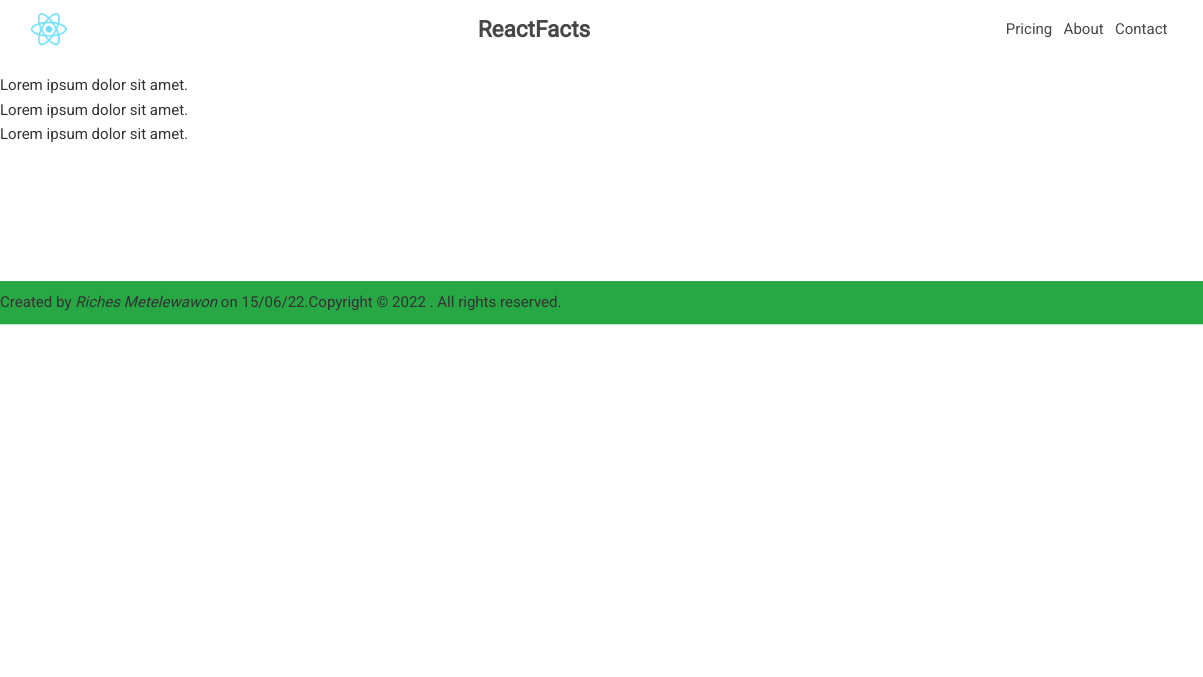
Repository: Richswag009/my-travel-journal
Page: /
These files come from the project's save history. The page is drawn as it stood at one moment and after the next save; the edit follows.
The browser window is 1280 px wide. The pictures show the whole page, at 94% of full size.
The project was rebuilt for these pictures with package versions that can differ from the ones it lists, and the page was loaded fresh each time.

Above is the page before, as saved 2022-06-15 12:55:47.

### public/index.html
<!DOCTYPE html>
<html lang="en">
  <head>
    <meta charset="utf-8" />
    <link rel="icon" href="%PUBLIC_URL%/favicon.ico" />
    <meta name="viewport" content="width=device-width, initial-scale=1" />
    <meta name="theme-color" content="#000000" />
    <meta name="description"content="Web site created using create-react-app"/>
    <link rel="apple-touch-icon" href="%PUBLIC_URL%/logo192.png" />
    <link rel="manifest" href="%PUBLIC_URL%/manifest.json" />
    <title>React Fact</title>
  </head>
  <body>
    <noscript>You need to enable JavaScript to run this app.</noscript>
    <div id="root"></div>

  </body>
</html>

### src/App.js

import React,{Component} from 'react';
import './App.css';
import Maincontent from './component/maincontent/Maincontent';
import Navbar from './component/layout/Navbar';
import Footer from './component/layout/Footer';
// import Users from './component/users/Users';
class App extends Component{
  render(){

    return (
      <div className="App">
       <Navbar/>
       <Maincontent/>
       <Footer/>
        </div>
    );
  }
}

export default App;

### src/App.css
@import url('https://fonts.googleapis.com/css?family=Roboto');

/* Global Styles */
:root {
  --primary-color: #dc3545;
  --dark-color: #333333;
  --light-color: #f4f4f4;
  --danger-color: #dc3545;
  --success-color: #28a745;
}

* {
  box-sizing: border-box;
  margin: 0;
  padding: 0;
}

body {
  font-family: 'Roboto', sans-serif;
  font-size: 1rem;
  line-height: 1.6;
  background-color: #fff;
  color: #333;
}

a {
  color: var(--primary-color);
  text-decoration: none;
}

a:hover {
  color: #666;
}

ul {
  list-style: none;
}

img {
  width: 100%;
}

/* Utilities */
.container {
  max-width: 1100px;
  margin: auto;
  overflow: hidden;
  padding: 0 2rem;
}

/* Text Styles*/
.x-large {
  font-size: 4rem;
  line-height: 1.2;
  margin-bottom: 1rem;
}

.large {
  font-size: 3rem;
  line-height: 1.2;
  margin-bottom: 1rem;
}

.lead {
  font-size: 1.5rem;
  margin-bottom: 1rem;
}

.text-center {
  text-align: center;
}

.text-primary {
  color: var(--primary-color);
}

.text-dark {
  color: var(--dark-color);
}

.text-success {
  color: var(--success-color);
}

.text-danger {
  color: var(--danger-color);
}

.text-center {
  text-align: center;
}

.text-right {
  text-align: right;
}

.text-left {
  text-align: left;
}

/* Center All */
.all-center {
  display: flex;
  flex-direction: column;
  width: 100%;
  margin: auto;
  justify-content: center;
  align-items: center;
  text-align: center;
}

/* Cards */
.card {
  padding: 1rem;
  border: #ccc 1px dotted;
  margin: 0.7rem 0;
}

/* List */
.list {
  margin: 0.5rem 0;
}

.list li {
  padding-bottom: 0.3rem;
}

/* Padding */
.p {
  padding: 0.5rem;
}
.p-1 {
  padding: 1rem;
}
.p-2 {
  padding: 2rem;
}
.p-3 {
  padding: 3rem;
}
.py {
  padding: 0.5rem 0;
}
.py-1 {
  padding: 1rem 0;
}
.py-2 {
  padding: 2rem 0;
}
.py-3 {
  padding: 3rem 0;
}

/* Margin */
.m {
  margin: 0.5rem;
}
.m-1 {
  margin: 1rem;
}
.m-2 {
  margin: 2rem;
}
.m-3 {
  margin: 3rem;
}
.my {
  margin: 0.5rem 0;
}
.my-1 {
  margin: 1rem 0;
}
.my-2 {
  margin: 2rem 0;
}
.my-3 {
  margin: 3rem 0;
}


.footer{
  background-color: #28a745;
  margin: 20vh auto;
  padding: 10px 0;
}
/* Grid */
.grid-2 {
  display: grid;
  grid-template-columns: repeat(2, 1fr);
  grid-gap: 1rem;
}

.grid-3 {
  display: grid;
  grid-template-columns: repeat(3, 1fr);
  grid-gap: 1rem;
}

.grid-4 {
  display: grid;
  grid-template-columns: repeat(4, 1fr);
  grid-gap: 1rem;
}

.btn {
  display: inline-block;
  background: var(--light-color);
  color: #333;
  padding: 0.4rem 1.3rem;
  font-size: 1rem;
  border: none;
  cursor: pointer;
  margin-right: 0.5rem;
  transition: opacity 0.2s ease-in;
  outline: none;
}

.btn-link {
  background: none;
  padding: 0;
  margin: 0;
}

.btn-block {
  display: block;
  width: 100%;
}

.btn-sm {
  font-size: 0.8rem;
  padding: 0.3rem 1rem;
  margin-right: 0.2rem;
}

.badge {
  display: inline-block;
  font-size: 0.8rem;
  padding: 0.2rem 0.7rem;
  text-align: center;
  margin: 0.3rem;
  background: var(--light-color);
  color: #333;
  border-radius: 5px;
}

.alert {
  padding: 0.7rem;
  margin: 1rem 0;
  opacity: 0.9;
  background: var(--light-color);
  color: #333;
}

.btn-primary,
.bg-primary,
.badge-primary,
.alert-primary {
  background: var(--primary-color);
  color: #fff;
}

.btn-light,
.bg-light,
.badge-light,
.alert-light {
  background: var(--light-color);
  color: #333;
}

.btn-dark,
.bg-dark,
.badge-dark,
.alert-dark {
  background: var(--dark-color);
  color: #fff;
}

.btn-danger,
.bg-danger,
.badge-danger,
.alert-danger {
  background: var(--danger-color);
  color: #fff;
}

.btn-success,
.bg-success,
.badge-success,
.alert-success {
  background: var(--success-color);
  color: #fff;
}

.btn-white,
.bg-white,
.badge-white,
.alert-white {
  background: #fff;
  color: #333;
  border: #ccc solid 1px;
}

.btn:hover {
  opacity: 0.8;
}

.bg-light,
.badge-light {
  border: #ccc solid 1px;
}

.round-img {
  border-radius: 50%;
}

/* Forms */
input {
  margin: 1.2rem 0;
}

.form-text {
  display: block;
  margin-top: 0.3rem;
  color: #888;
}

input[type='text'],
input[type='email'],
input[type='password'],
input[type='date'],
select,
textarea {
  display: block;
  width: 100%;
  padding: 0.4rem;
  font-size: 1.2rem;
  border: 1px solid #ccc;
}

input[type='submit'],
button {
  font: inherit;
}

table th,
table td {
  padding: 1rem;
  text-align: left;
}

table th {
  background: var(--light-color);
}

/* Navbar */
.navbar {
  display: flex;
  justify-content: space-between;
  align-items: center;
  padding: 0.7rem 2rem;
  z-index: 1;
  width: 100%;
  opacity: 0.9;
  margin-bottom: 1rem;
}

.navbar ul {
  display: flex;
}
.navbar ul li{
  padding:0 6px ;
}

.navbar a {
  color: #fff;
  padding: 0.45rem;
  margin: 0 0.25rem;
}

.navbar a:hover {
  color: var(--light-color);
}

.navbar .welcome span {
  margin-right: 0.6rem;
}

/* Mobile Styles */
@media (max-width: 700px) {
  .hide-sm {
    display: none;
  }

  .grid-2,
  .grid-3,
  .grid-4 {
    grid-template-columns: 1fr;
  }

  /* Text Styles */
  .x-large {
    font-size: 3rem;
  }

  .large {
    font-size: 2rem;
  }

  .lead {
    font-size: 1rem;
  }

  /* Navbar */
  .navbar {
    display: block;
    text-align: center;
  }

  .navbar ul {
    text-align: center;
    justify-content: center;
  }
}

### src/component/maincontent/Maincontent.js
// import React, { Component } from 'react'
// import { render } from "@testing-library/react";
import React from "react";
// export default class Maincontent extends Component {



//     render() {
//         return (
//             <div className=' grid card ' style={{width:'70%',margin:'50px auto'}}>
//                <h1>Fun facts about React</h1>
//                <ol style={{margin:'20px'}}>
//                 <li>was first released in 2013</li>
//                 <li>was orginally created by Jordan Walke</li>
//                 <li>has well over 100k stars on github</li>
//                 <li>is maintained by facebook</li>
//                 <li>powers thousand of enterprise apps , including mobile apps</li>
//                </ol>
//             </div>
//         )
//     }

// }
function page(){

        return (
            <div>
                <ol>
                    <li>Lorem ipsum dolor sit amet.</li>
                    <li>Lorem ipsum dolor sit amet.</li>
                    <li>Lorem ipsum dolor sit amet.</li>
                </ol>
            </div>
        )

}export default page

### src/component/layout/Navbar.js
import React, { Component } from 'react'
import logo from '../layout/logo192.png'


export default class Navbar extends Component {


    render() {
        return (
            <div>
                <nav className='navbar'>
                 <img src={logo} alt="" style={{width:'40px',dispaly:'block'}} />
                 <h1>ReactFacts</h1>

                <ul className='px-2'>
                    <li>Pricing </li>
                    <li>About </li>
                    <li>Contact </li>
                </ul>
                </nav>
            </div>
        )
    }
}

### src/component/layout/Footer.js
import React, { Component } from 'react'

export default class Footer extends Component {



    render() {
        return (
            <div className='footer'>
               <p>Created by <i>Riches Metelewawon</i>  on 15/06/22.Copyright © 2022 . All rights reserved.
               </p>
            </div>
        )
    }
}

Loaded but not shown: src/index.js (common file)

After the next save:
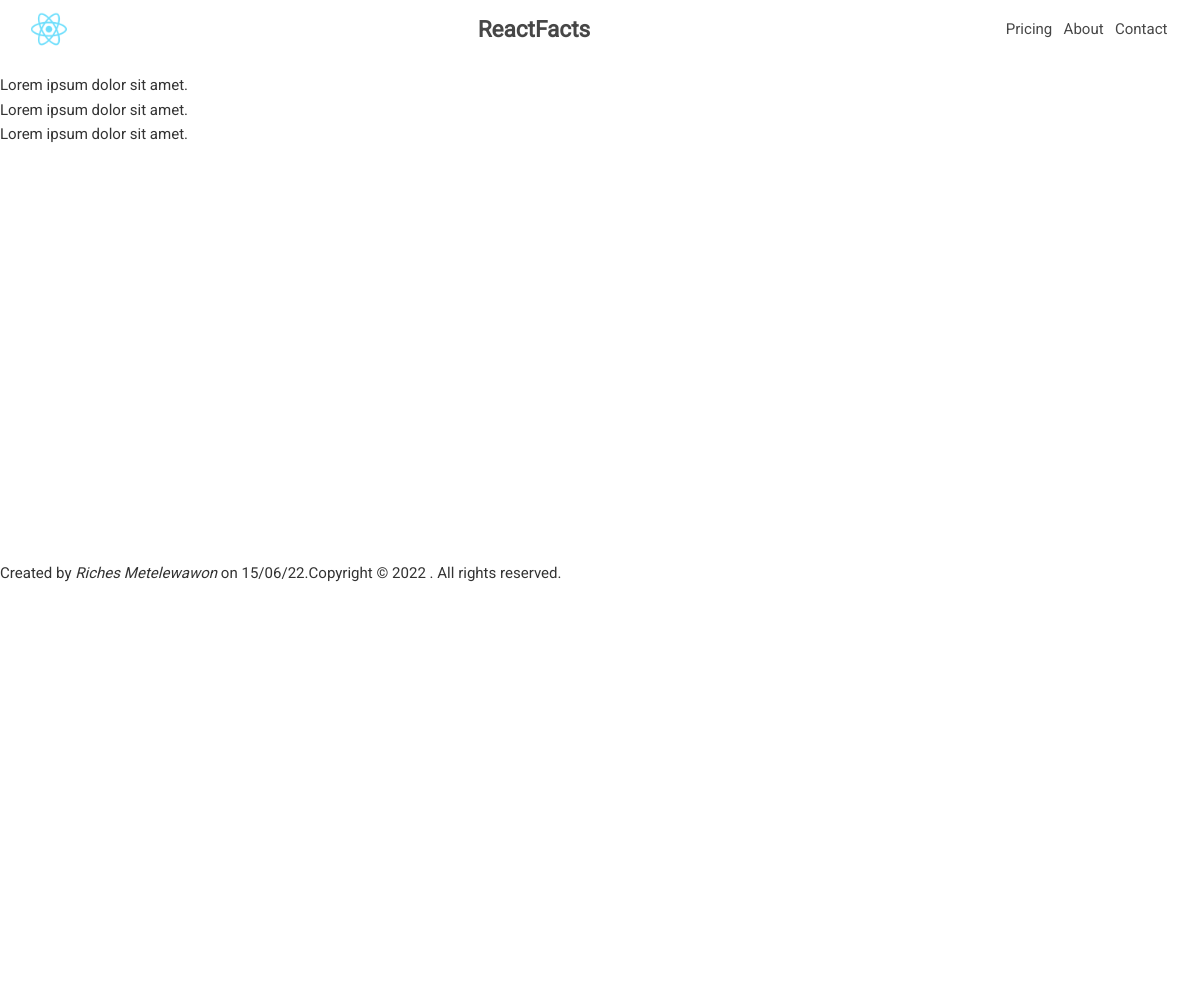
Saved 23 s later.
--- a/src/App.css
+++ b/src/App.css
@@ -179,8 +179,7 @@
 
 
 .footer{
-  background-color: #28a745;
-  margin: 20vh auto;
+  margin: 60vh auto;
   padding: 10px 0;
 }
 /* Grid */
